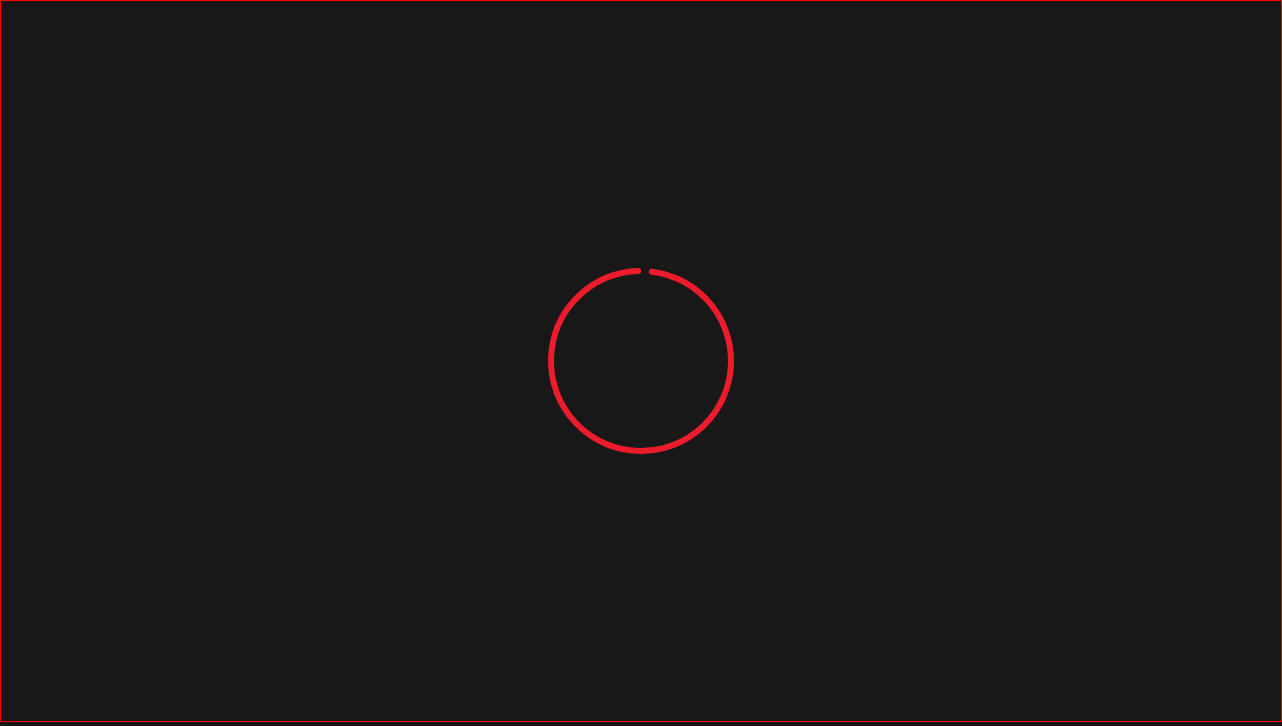
Repository: randy918/chris-canvas-52323
Page: index.html
The author's editor kept a copy of each file at every save. The page is drawn from the files as they stood at one save, then again after a run of saves.
The browser window is 1280 px wide. The page is 1282 px wide, so the pictures cover 1282 px, including what lies to the right of the window. The pictures show the whole page.
The style sheet was rebuilt from its Sass, Less or Tailwind sources for each picture, by a compiler version that may differ from the author's.

Above is the page before, as saved 2023-05-26 18:06:59.

### index.html
<!DOCTYPE html>
<html lang="en">
	<head>
		<meta charset="UTF-8" />
		<meta http-equiv="X-UA-Compatible" content="IE=edge" />
		<meta
			name="viewport"
			content="width=device-width, initial-scale=1.0"
		/>
		<link
			rel="stylesheet"
			href="css/main.css"
			<script
			src="https://ajax.googleapis.com/ajax/libs/jquery/3.6.3/jquery.min.js"
			defer
		/>

		<title>Canvas Resize</title>
	</head>

	<body>
		<canvas></canvas>

		<script src="js/myfunctions.js"></script>
		<script src="js/canvas.js"></script>
	</body>
</html>

<!-- ca1f26ba6eb2ba4fb641257b39d3bea7 -->

### js/myfunctions.js
//todo   function r(min, max)  Random integers, can be just 'max'
//todo   function getTime()--works! it is 72519.1414 format
//todo   function getCompleteDate()
//todo   function getMinute()
//todo   function getHour()
//todo   function getHour00()
//todo   function get24Hour()
//todo   function get24Hour00()
//todo   function getDay()
//todo   function getDay00()
//todo   function getMonth()
//todo   function getMonth00()
//todo   function getYear()
//todo   function getYear00()
//todo   function t()    eternal timestamp long number
//todo   function placeText(myIdClass, text)   unsure if it works?
//todo   function placeText2(myIdClass, text)   unsure if it works?
//todo   function getText(myIdClass)....brings whole line incl. tags
//todo   function getInnerText(myIdClass)
//todo   function getOuterText(myIdClass)
//todo   function addClass(myIdClass, newClass)
//todo   function removeClass(myIdClass, removeClass)
//todo   function changeBackgroundColor(myIdClass, color)
//todo   function changeTypeColor(myIdClass, color)
//todo   function changeTypeSize(myIdClass, size)
//todo   function addCSSText(myIdClass, text)



function r(min, max) {
  // 2.0, accepts single value for 1-x
  if (max === undefined) {
    max = min;
    min = 1;
  }
  const randomNumber = min - 1 + Math.ceil(Math.random() * (max + 1 - min));
  return randomNumber;
}
// may not be a real function
function getTime() {
  var today = new Date();
  var codeMonth = today.getMonth() + 1;
  var codeDay = today.getDate();
  if (codeDay < 10) {
    codeDay = "0" + codeDay;
  }
  var codeMinute = today.getMinutes();
  var codeHour = today.getHours();
  if (codeMinute < 10) {
    codeMinute = "0" + codeMinute;
  }
  if (codeHour < 10) {
    codeHour = "0" + codeHour;
  }
  var codeYear = today.getFullYear() - 2000;
  var dateTime =
    codeMonth + "" + codeDay + "" + codeYear + "." + codeHour + "" + codeMinute;
  // document.getElementById(`timeStamp`).innerHTML = dateTime;
  t = setTimeout(function () {
    getTime();
  }, 30000);
  return dateTime;
}

function getCompleteDate() {
  const today = new Date();
  return today;
}

function getMinute() {
  const today = new Date();
  const codeMinute = today.getMinutes();
  if (codeMinute < 10) {
    codeMinute = "0" + codeMinute;
  }
  return codeMinute;
}

function getMinute00() {
  const today = new Date();
  let codeMinute = today.getMinutes();
  if (codeMinute < 10) {
    codeMinute = "0" + codeMinute;
  }
  return codeMinute;
}

function getHour() {
  const today = new Date();
  let codeHour = today.getHours();
  if (codeHour > 12) {
    codeHour = codeHour - 12;
  }
  return codeHour;
}

function getAmPm() {
  let amPm = "am";
  const today = new Date();
  let codeHour = today.getHours();
  if (codeHour > 12) {
    amPm = "pm";
  }
  return amPm;
}

function getHour00() {
  const today = new Date();
  const codeHour = today.getHours();
  if (codeHour > 12) {
    codeHour = codeHour - 12;
  }
  if (codeHour < 10) {
    codeHour = "0" + codeHour;
  }
  return codeHour;
}

function get24Hour() {
  const today = new Date();
  const codeHour = today.getHours();
  return codeHour;
}

function get24Hour00() {
  const today = new Date();
  const codeHour = today.getHours();
  if (codeHour < 10) {
    codeHour = "0" + codeHour;
  }
  return codeHour;
}

function getDayVerbal() {
  const today = new Date();
  const codeDay = today.getDay() + 1;
  return theDay[codeDay];
}

function getDay00() {
  const today = new Date();
  const codeDay = today.getDate();
  if (codeDay < 10) {
    codeDay = "0" + codeDay;
  }
  return codeDay;
}

function getDay() {
  const today = new Date();
  const codeDay = today.getDate();
  return codeDay;
}

function getMonthVerbal() {
  const today = new Date();
  const codeMonth = today.getMonth() + 1;
  return theMonth[codeMonth];
}

function getMonth00() {
  const today = new Date();
  const codeMonth = today.getMonth() + 1;
  if (codeMonth < 10) {
    codeMonth = "0" + codeMonth;
  }
  return codeMonth;
}

function getMonth() {
  const today = new Date();
  const codeMonth = today.getMonth() + 1;
  return codeMonth;
}

function getYear00() {
  const today = new Date();
  const codeYear = today.getYear() - 100;
  if (codeYear < 10) {
    codeMYear = "0" + codeYear;
  }
  return codeYear;
}

function getYear() {
  const today = new Date();
  const codeYear = today.getYear() + 1900;
  return codeYear;
}

function t() {
  const now = new Date();
  eventTimestamp = now.getTime();
  // c(eventTimestamp);
  return eventTimestamp;
}
//    !  72419.1659 DOM MANIPULATION
//!
//!  placeText   element name, and text to put there--runs loosely?

function placeText(myIdClass, text) {
  const myElement = document.querySelector(myIdClass);
  myElement.innerText = text;
}
//    the function is longer than the original
// $(myIdClass).text(text)   <---works
function placeText2(myIdClass, text) {
  $(myIdClass).text(text);
}
function getText(myIdClass) {
  return document.querySelector(myIdClass);
}

function getInnerText(myIdClass) {
  return document.querySelector(myIdClass).innerHTML;
}

function getOuterText(myIdClass) {
  return document.querySelector(myIdClass).outerHTML;
}

function addClass(myIdClass, newClass) {
  document.querySelector(myIdClass).classList.add(newClass);
}

function removeClass(myIdClass, removeClass) {
  document.querySelector(myIdClass).classList.remove(removeClass);
}
// not sure what this one is for now
function containsClass(myIdClass, containsClass) {
  document.querySelector(myIdClass).classList.contains(containsClass);
}
// above, can switch and toggle  also  mmtuts YOUTUBE 29-31 USING JAVASCRIPT
function changeBackgroundColor(myId, color) {
  document.getElementById(myId).style.background = color;

  // document.querySelector(myIdClass).style.backgroundColor = color;
}

function changeTypeColor(myIdClass, color) {
  document.querySelector(myIdClass).style.color = color;
}

function changeTypeSize(myIdClass, size) {
  document.querySelector(myIdClass).style.fontSize = size;
}

function addCSSText(myIdClass, text) {
  document.querySelector(myIdClass).style.cssText = text;
}

//!  72519.1714    Common Basic VARIABLE ARRAYS
var theDay = new Array(
  "Zero",
  "Sunday",
  "Monday",
  "Tuesday",
  "Wednesday",
  "Thursday",
  "Friday",
  "Saturday"
);
var theDayMin3 = new Array(
  "Zero",
  "Sun.",
  "Mon.",
  "Tues.",
  "Wed.",
  "Thurs.",
  "Fri.",
  "Sat."
);
var theDayMin2 = new Array("Zero", "S", "M", "Tu", "W", "Th", "F", "S");
var theDayMin1 = new Array("Zero", "S", "M", "T", "W", "T", "F", "S");
var theMonth = new Array(
  "Zero",
  "January",
  "February",
  "March",
  "April",
  "May",
  "June",
  "July",
  "August",
  "September",
  "October",
  "November",
  "December"
);
var theMonthMin = new Array(
  "Zero",
  "Jan.",
  "Feb.",
  "Mar.",
  "Apr.",
  "May",
  "June",
  "July",
  "Aug.",
  "Sept.",
  "Oct.",
  "Nov.",
  "Dec."
);

function showDateTimeFormat() {
  const today = new Date();
  const formattedDate = new Intl.DateTimeFormat("en-US").format(today);
  const consoleFunctioningMessage = `
Console functioning: ${getDayVerbal()}, ${getMonthVerbal()} ${getDay()} at ${getHour()}:${getMinute00()}${getAmPm()}
  `;
  return consoleFunctioningMessage;
}
showDateTimeFormat();

console.log(`%c${showDateTimeFormat()}`, "font-size: 20px; color: gray");

//console.log("%cThis is a default font style", "color: blue; font-size: 20px");

### js/canvas.js
//!  121822.0826        FUNCTIONS

const init = function () {
	main();
};

window.onload = function () {
	init();
};

//!  123122.1839        MAIN================================================

const main = function () {
	//!  10123.1609  variables

	const canvas = document.querySelector("canvas");
	canvas.width = window.innerWidth;
	canvas.height = window.innerHeight;

	let defaultX = canvas.width / 2;
	let defaultY = canvas.height / 2;
	const DEFAULTWIDTH = 200;
	const DEFAULTHEIGHT = 200;
	const DEFAULTSTROKEWIDTH = 6;

	let defaultWidth = DEFAULTWIDTH;
	let defaultHeight = DEFAULTHEIGHT;
	let defaultStrokeWidth = DEFAULTSTROKEWIDTH;

	const c = canvas.getContext("2d");

	//!  10123.1609 functions

	//!  10123.1609 LIBRARY

	const c_Animate = function () {
        requestAnimationFrame(c_Animate);
        c.clearRect(0, 0, innerWidth, innerHeight);

        c_Circle(defaultX, defaultY, 90);



	};

	const c_Circle = function (
		defaultX,
		defaultY,
		size,
		defaultHeight
	) {
		c.beginPath();
		c.arc(defaultX, defaultY, size, -1.45, 1.49 * Math.PI);
		c.stroke();
	};

	const c_Fill = function (color, size) {
		c.fillStyle = color;
	};

	const c_Square = function (defaultX, defaultY, size) {
		c.beginPath();
		c.fillRect(
			defaultX - size / 2,
			defaultY - size / 2,
			size,
			size
		);
		c.stroke();
	};

	const c_Stroke = function (color, size) {
		c.strokeStyle = color;
		c.lineWidth = defaultStrokeWidth;
        c.lineCap = "round";

	};

	//!  10123.161 0  main body=========================================

	//line
	c_Stroke("#ed1c2c");
	c_Circle(defaultX, defaultY, 90);
	c_Fill("#05b500");
	c_Square(defaultX, defaultY, 90);
	c_Animate();
};

//!  123122.1839  END

### css/main.scss
$colors: (
    bg: rgba(55, 66, 76, 1),
    theGreen: rgba(0, 173, 43, 1),
    theRed: rgba(194, 47, 51, 1),
    theOrange: rgba(255, 103, 0, 1),
    theRodeoPink: #f1a1a4,
    theRodeoBlue: #7f86b0,
    theYellow: rgb(221, 172, 94),
    theGray: rgb(78, 92, 107),
    theBackground: rgba(241, 227, 214, 1),
    theDarkGray: rgba(43, 50, 56, 1),
    theBrown: rgba(101, 42, 36, 1),
    bitByBitRed: rgba(240, 44, 80, 1),
    bitByBitBlue: rgba(0, 79, 136, 1),
    bitByBitBlonde: rgba(241, 227, 214, 1),
    bbb2-TranquilSea: rgba(188, 199, 203, 1),
    bbb2-RedMyMind: rgba(143, 57, 56, 1),
    bbb2-SnowyPine: rgba(226, 223, 216, 1),
    bbb2-Basswood: rgba(188, 166, 142, 1),
    bbb2-CompassBlue: rgba(51, 66, 87, 1),
    f1: rgba(237, 28, 44, 1),
    f2: rgba(240, 87, 35, 1),
    f3: rgba(242, 203, 21, 1),
    f4: rgba(5, 181, 0, 1),
    f5: rgba(0, 29, 150, 1),
    f6: rgba(50, 50, 50, 1),
    f7: rgba(36, 36, 36, 1),
    f8: rgba(24, 24, 24, 1),
);

@function getColor($color-name) {
    @return map-get($colors, $color-name);
}

* {
    box-sizing: border-box;
    border: none;
}

body {
    color: getColor(bbb2-TranquilSea);
    background: getColor(f8);
    margin: 0;
}

h1 {
}

#inputValue {
    width: 40vw;
    font-size: 2vw;
    outline: none;
}

#search {
    color: beige;
    background-color: getColor(theDarkGray);
    outline: none;
    font-size: 2vw;
}

canvas {
    border: 1px solid red;
}

After the next 6 saves:
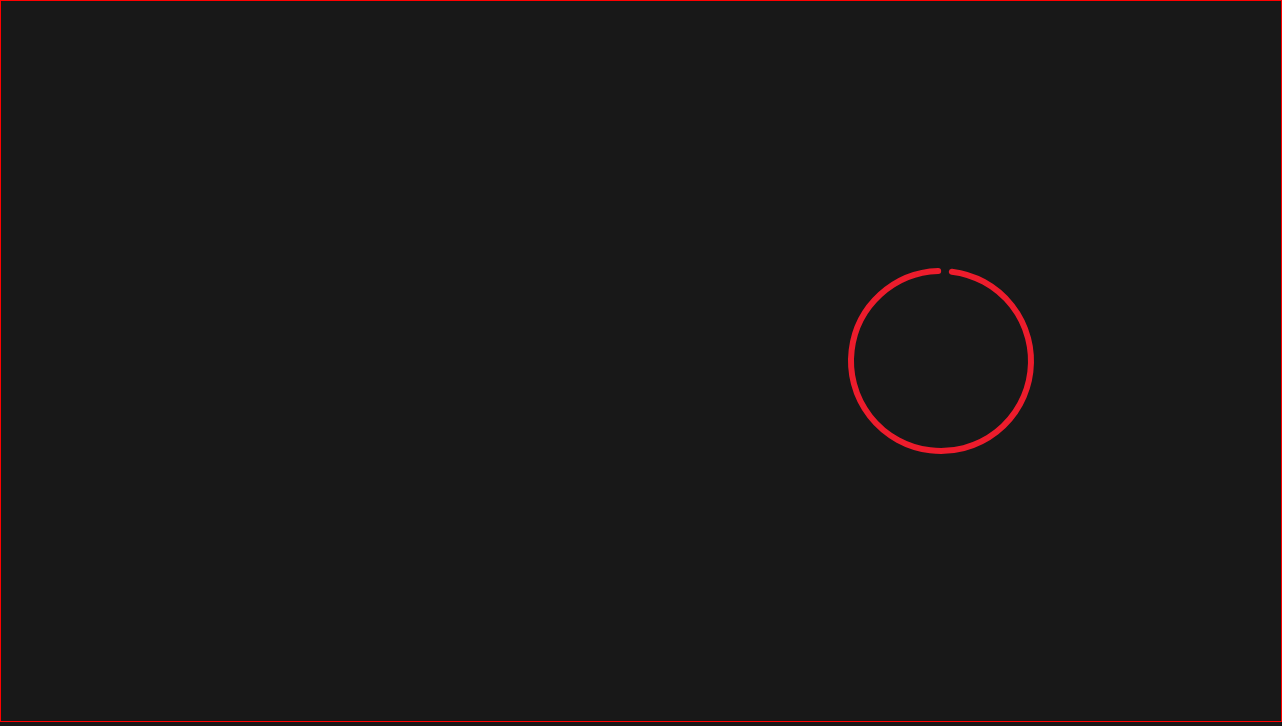
The 6 saves are shown as one change because they came seconds apart.
The last was saved 12 s later.
--- a/js/canvas.js
+++ b/js/canvas.js
@@ -38,7 +38,7 @@ const main = function () {
         c.clearRect(0, 0, innerWidth, innerHeight);
 
         c_Circle(defaultX, defaultY, 90);
-
+        defaultX++
 
 
 	};
